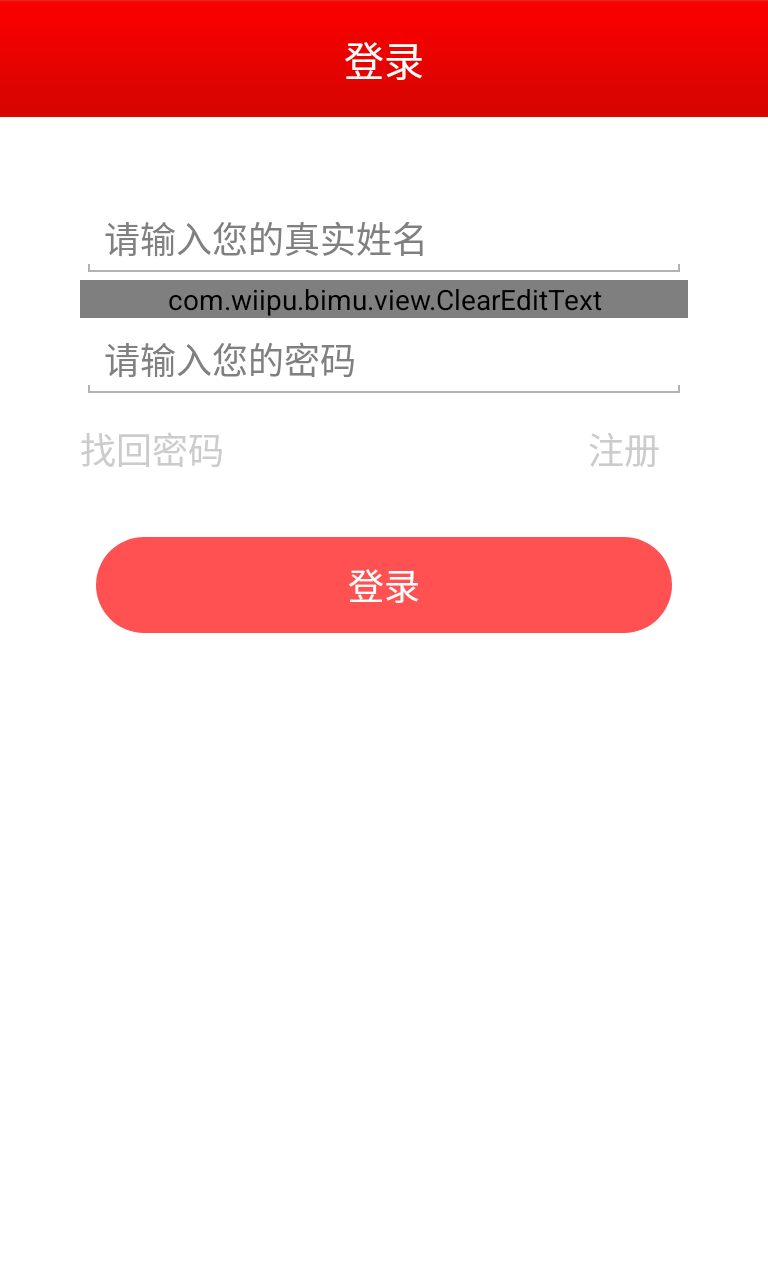
Repository: liuke0002/Projects
Layout: 智慧西电/SmartXD/res/layout/activity_login.xml
The author's editor kept a copy of each file at every save. The layout is drawn from the files as they stood at one save, then again after the next save.
Pictures or frames that could not be fetched are drawn as grey boxes. It is drawn on a 768 x 1280 px phone screen (xhdpi) without system bars, with theme AppTheme; the app's code is not run. The app's manifest (not shown) leaves right-to-left support off. So textAlignment, textDirection and layoutDirection are ignored, and left and right values win over start and end ones.

Above is the layout before, as saved 2016-04-27 06:03:37.

### 智慧西电/SmartXD/res/layout/activity_login.xml
<?xml version="1.0" encoding="utf-8"?>
<LinearLayout xmlns:android="http://schemas.android.com/apk/res/android"
    xmlns:tools="http://schemas.android.com/tools"
    android:layout_width="match_parent"
    android:layout_height="match_parent"
    android:orientation="vertical" >

    <RelativeLayout
        android:id="@+id/rl"
        android:layout_width="wrap_content"
        android:layout_height="wrap_content"
        android:background="@drawable/title_red_bg" >

        <ImageButton
            android:id="@+id/ib_menu"
            android:layout_width="wrap_content"
            android:layout_height="wrap_content"
            android:layout_centerVertical="true"
            android:layout_marginLeft="10dp"
            android:background="@null"
            android:padding="5dp"
            android:visibility="invisible"
            android:src="@drawable/img_menu" />

        <TextView
            android:id="@+id/tv_title"
            android:layout_width="wrap_content"
            android:layout_height="wrap_content"
            android:layout_centerInParent="true"
            android:text="登录"
            android:textColor="@android:color/white"
            android:textSize="20sp" />

        <ImageButton
            android:id="@+id/ib_photo"
            android:layout_width="wrap_content"
            android:layout_height="wrap_content"
            android:layout_alignParentRight="true"
            android:layout_centerVertical="true"
            android:layout_marginRight="5dp"
            android:background="@null"
            android:padding="10dp"
            android:src="@drawable/icon_pic_grid_type"
            android:visibility="gone" />
    </RelativeLayout>

    <LinearLayout
        android:layout_width="match_parent"
        android:layout_height="wrap_content"
        android:orientation="vertical"
        android:padding="40dp" >

        <EditText
            android:id="@+id/login_et_name"
            android:layout_width="match_parent"
            android:layout_height="wrap_content"
            android:hint="请输入您的真实姓名"
            android:singleLine="true" />

        <com.wiipu.bimu.view.ClearEditText
            android:id="@+id/login_et_phone_num"
            android:layout_width="match_parent"
            android:layout_height="wrap_content"
            android:hint="请输入电话号码"
            android:inputType="phone"
            android:maxLength="11"
            android:singleLine="true" />

        <EditText
            android:id="@+id/login_et_pwd"
            android:layout_width="match_parent"
            android:layout_height="wrap_content"
            android:hint="请输入您的密码"
            android:inputType="textPassword"
            android:singleLine="true" />

        <RelativeLayout
            android:layout_width="match_parent"
            android:layout_height="wrap_content"
            android:orientation="horizontal" >

            <Button
                android:id="@+id/login_btn_find_pwd"
                android:layout_width="wrap_content"
                android:layout_height="wrap_content"
                android:background="@null"
                android:onClick="onClick"
                android:text="找回密码"
                android:textColor="#ccc" />

            <Button
                android:id="@+id/login_btn_register"
                android:layout_width="wrap_content"
                android:layout_height="wrap_content"
                android:layout_alignParentEnd="true"
                android:layout_alignParentRight="true"
                android:layout_alignParentTop="true"
                android:layout_gravity="right"
                android:background="@null"
                android:onClick="onClick"
                android:text="注册"
                android:textColor="#ccc" />
        </RelativeLayout>

        <Button
            android:id="@+id/login_btn_login"
            android:layout_width="match_parent"
            android:layout_height="wrap_content"
            android:layout_gravity="center_horizontal"
            android:layout_marginLeft="8dp"
            android:layout_marginRight="8dp"
            android:layout_marginTop="20dp"
            android:background="@drawable/shape_btn_rounded_rectangle_big_corner_red"
            android:onClick="onClick"
            android:text="登录"
            android:textColor="#ffffff" />
    </LinearLayout>

</LinearLayout>

### 智慧西电/SmartXD/res/values/styles.xml
<resources xmlns:android="http://schemas.android.com/apk/res/android">

    <!--
        Base application theme, dependent on API level. This theme is replaced
        by AppBaseTheme from res/values-vXX/styles.xml on newer devices.


    -->
    <style name="AppBaseTheme" parent="android:Theme.Light">
        <!--
            Theme customizations available in newer API levels can go in
            res/values-vXX/styles.xml, while customizations related to
            backward-compatibility can go here.


        -->
    </style>

    <!-- Application theme. -->
    <style name="AppTheme" parent="AppBaseTheme">
        <!-- All customizations that are NOT specific to a particular API-level can go here. -->
    </style>

    <style name="bottomTabStyle">
        <item name="android:layout_width">wrap_content</item>
        <item name="android:layout_height">wrap_content</item>
        <item name="android:button">@null</item>
        <item name="android:padding">5dp</item>
        <item name="android:layout_weight">1</item>
        <item name="android:textColor">@drawable/selector_text_bottom_tab</item>
        <item name="android:drawablePadding">3dp</item>
        <item name="android:gravity">center</item>
    </style>

    <style name="ViewStyle">
        <item name="android:layout_width">match_parent</item>
        <item name="android:layout_height">wrap_content</item>
        <item name="android:layout_weight">1</item>
        <item name="android:gravity">center</item>
    </style>

    <style name="TextViewStyle" parent="ViewStyle">
        <item name="android:textSize">12sp</item>
        <item name="android:textColor">@color/text_color</item>
    </style>

</resources>

### 智慧西电/SmartXD/res/drawable/shape_btn_rounded_rectangle_big_corner_red.xml
<?xml version="1.0" encoding="utf-8"?>
<shape xmlns:android="http://schemas.android.com/apk/res/android"
    android:shape="rectangle">
    <solid android:color="#ff5151"/>

    <corners android:radius="40dp"/>

</shape>

Loaded but not shown: 智慧西电/SmartXD/res/values-v11/styles.xml (common file); 智慧西电/SmartXD/res/values-v14/styles.xml (common file)

After the next save:
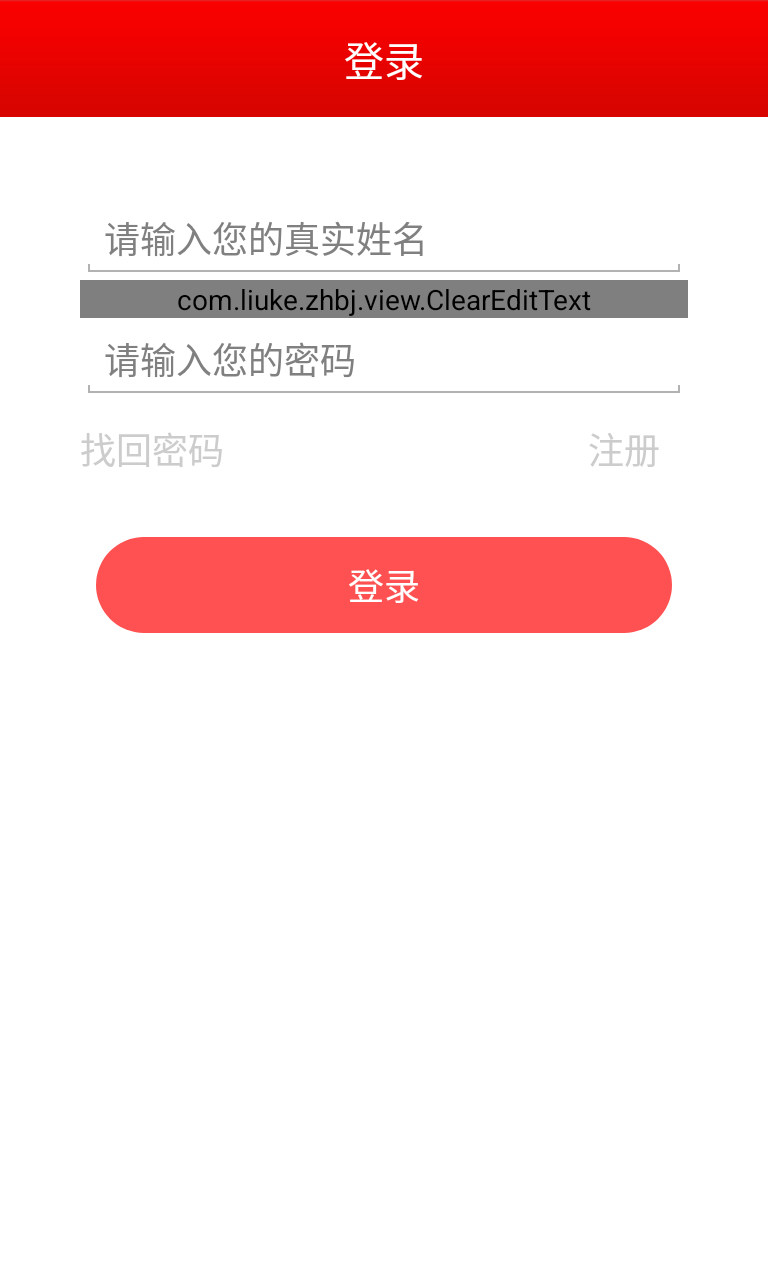
Saved 12 min 31 s later.
--- a/智慧西电/SmartXD/res/layout/activity_login.xml
+++ b/智慧西电/SmartXD/res/layout/activity_login.xml
@@ -57,7 +57,7 @@
             android:hint="请输入您的真实姓名"
             android:singleLine="true" />
 
-        <com.wiipu.bimu.view.ClearEditText
+        <com.liuke.zhbj.view.ClearEditText
             android:id="@+id/login_et_phone_num"
             android:layout_width="match_parent"
             android:layout_height="wrap_content"
